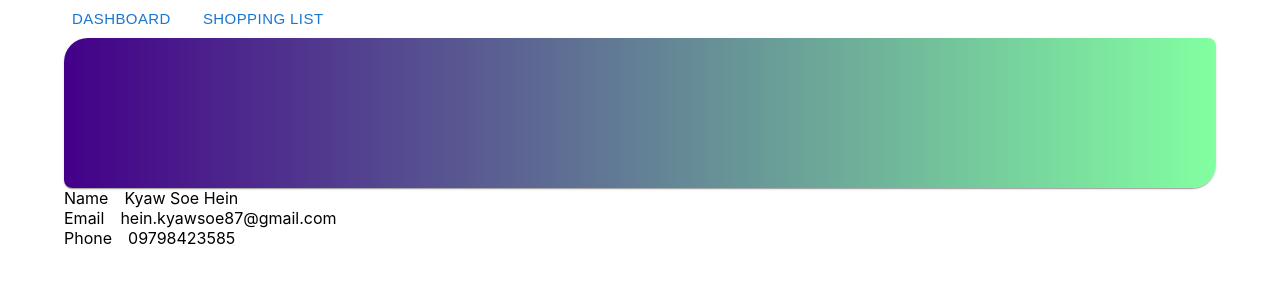
Repository: KyawSoeHein/GoogleAuthReact
Page: /
The author's editor kept a copy of each file at every save. The page is drawn from the files as they stood at one save, then again after the next save.
The browser window is 1280 px wide. The pictures show the whole page.
The project was rebuilt for these pictures with package versions that can differ from the ones it lists, and the page was loaded fresh each time. Also part of the build but not shown: src/App.css.

Above is the page before, as saved 2022-02-14 19:24:05.

### src/index.tsx
import React from "react";
import ReactDOM from "react-dom";
import "./index.css";
import App from "./App";
import Dashboard from "./View/Dashboard";
import reportWebVitals from "./reportWebVitals";

ReactDOM.render(
  <React.StrictMode>
    <Dashboard />
  </React.StrictMode>,
  document.getElementById("root")
);

// If you want to start measuring performance in your app, pass a function
// to log results (for example: reportWebVitals(console.log))
// or send to an analytics endpoint. Learn more: https://bit.ly/CRA-vitals
reportWebVitals();

### src/View/Dashboard.tsx
import React from "react";
import { Container, Grid, Stack } from "@mui/material";
import MenuSelection from "../Components/MenuSelection";
import CoverAndProfilePhoto from "../Components/CoverAndProfilePhoto";

const Dashboard = () => {
  return (
    <Grid>
      <Container>
        <MenuSelection />

        <CoverAndProfilePhoto />

        <Stack direction={"row"} spacing={2}>
          <div>Name</div>
          <div>Kyaw Soe Hein</div>
        </Stack>

        <Stack direction={"row"} spacing={2}>
          <div>Email</div>
          <div>hein.kyawsoe87@gmail.com</div>
        </Stack>

        <Stack direction={"row"} spacing={2}>
          <div>Phone</div>
          <div>09798423585</div>
        </Stack>
      </Container>
    </Grid>
  );
};

export default Dashboard;

### src/Components/MenuSelection.tsx
import React from "react";
import { Button, Stack } from "@mui/material";
import "../App.css";

const MenuSelection = () => {
  const buttonFontSize = 15;

  return (
    <Stack direction={"row"} spacing={2}>
      <Button sx={{ fontSize: buttonFontSize, fontFamily: "sans-serif" }}>
        Dashboard
      </Button>
      <Button sx={{ fontSize: buttonFontSize, fontFamily: "sans-serif" }}>
        Shopping List
      </Button>
    </Stack>
  );
};

export default MenuSelection;

### src/Components/CoverAndProfilePhoto.tsx
import React from "react";
import { Button, Paper, Stack } from "@mui/material";
import "../App.css";

const CoverAndProfilePhoto = () => {
  return (
    <Paper
      elevation={1}
      sx={{
        height: 150,
        borderTopRightRadius: 8,
        borderTopLeftRadius: 24,
        borderBottomLeftRadius: 8,
        borderBottomRightRadius: 24,
        background: "linear-gradient(to right, #430089, #82ffa1)",
      }}
    ></Paper>
  );
};

export default CoverAndProfilePhoto;

Loaded but not shown: public/index.html (common file); src/index.css (common file); src/reportWebVitals.ts (common file)

After the next save:
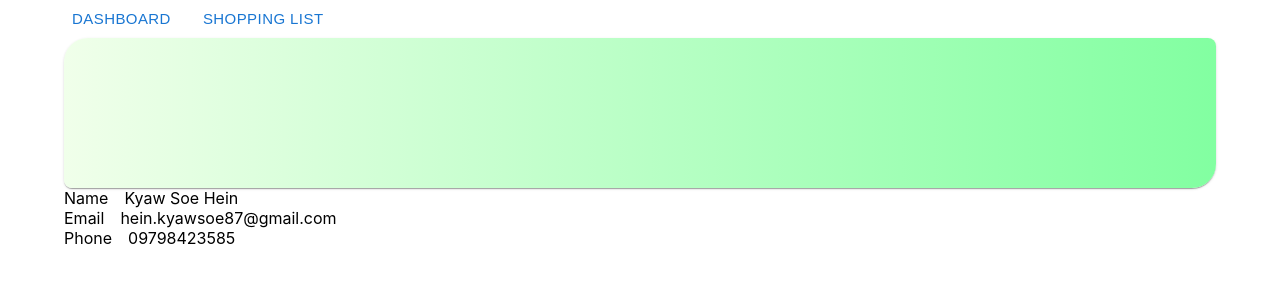
Saved 43 s later.
--- a/src/Components/CoverAndProfilePhoto.tsx
+++ b/src/Components/CoverAndProfilePhoto.tsx
@@ -12,7 +12,7 @@ const CoverAndProfilePhoto = () => {
         borderTopLeftRadius: 24,
         borderBottomLeftRadius: 8,
         borderBottomRightRadius: 24,
-        background: "linear-gradient(to right, #430089, #82ffa1)",
+        background: "linear-gradient(to right, rgb(240,299,234), #82ffa1)",
       }}
     ></Paper>
   );
